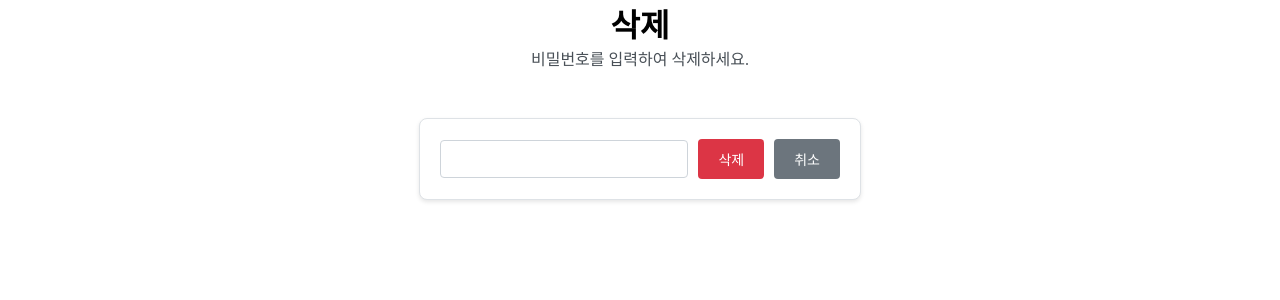
Repository: 1plus1equals3-true/Board-temp
Page: http://localhost/jsp/board/delete.jsp
An editor plug-in stored every save of this project. The page is shown before and after the next save, followed by the edit.
The browser window is 1280 px wide. The pictures show the whole page.
The page is served by Tomcat 9.

Above is the page before, as saved 2025-09-10 01:52:22.

After the next save:
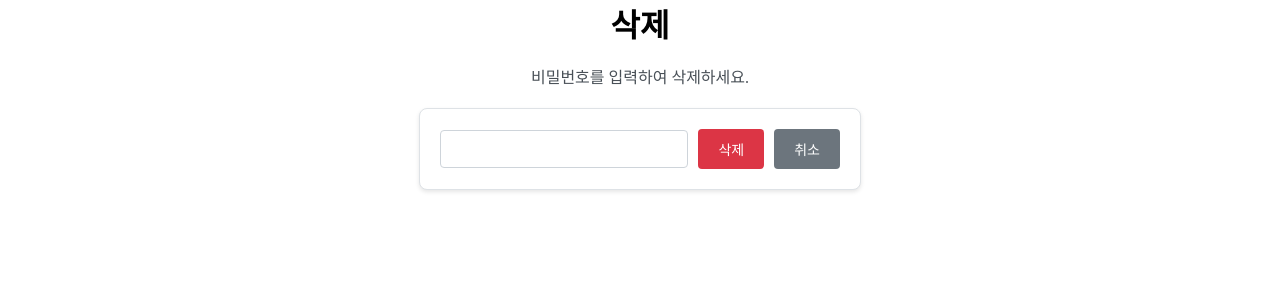
Saved 12 s later.
--- a/jsp/src/main/webapp/board/delete.jsp
+++ b/jsp/src/main/webapp/board/delete.jsp
@@ -79,8 +79,8 @@ String idx = request.getParameter("idx");
 
 
 %>
-<h1>삭제</h1>
-<p class="delete-message">비밀번호를 입력하여 삭제하세요.</p><br>
+<h1>삭제</h1><br>
+<p class="delete-message">비밀번호를 입력하여 삭제하세요.</p>
 <form action="delete_proc.jsp?idx=<%= idx %>" method="post" class="delete-form">
 	<input type="password" name="delpass">
 	<input type="submit" value="삭제">
